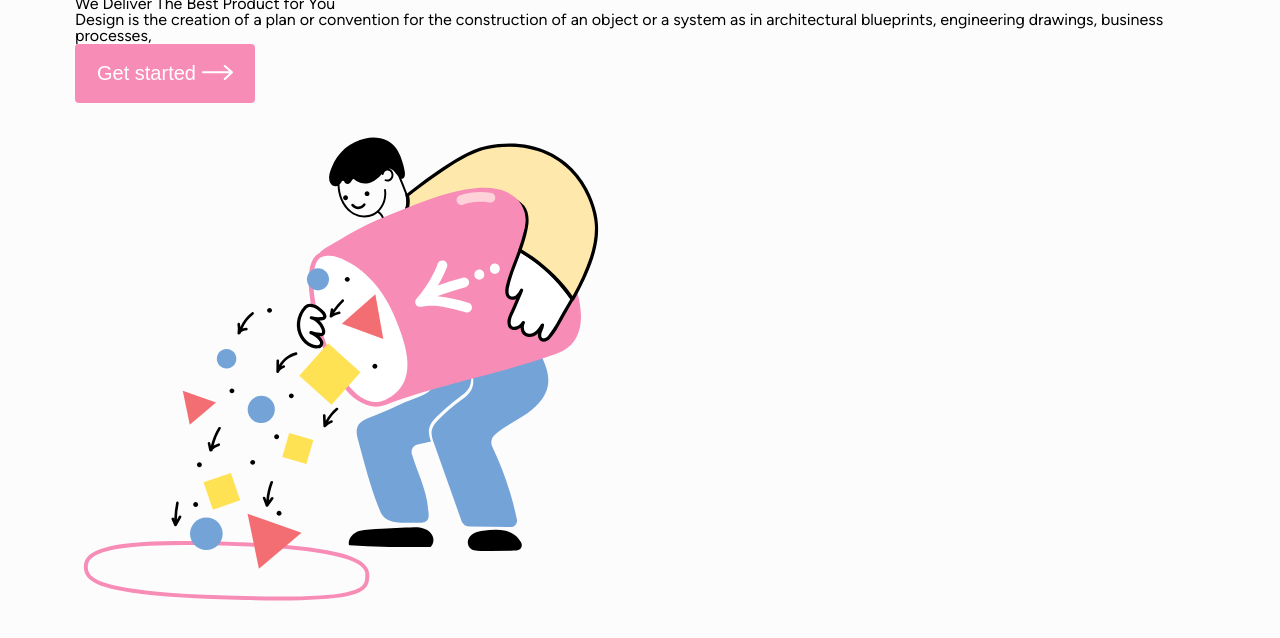
Repository: ArusyakAghajanyan/MirageFigma
Page: Figma/index.html
The author's editor kept a copy of each file at every save. The page is drawn from the files as they stood at one save, then again after the next save.
The browser window is 1280 px wide. The pictures show the part of the page from y = 1421 to 2059 px (the page is 2059 px tall before and 1524 px after).
A picture or video elsewhere on the page could not be fetched, so the positions and the page height are approximate.

Above is the page before, as saved 2022-08-21 21:53:53.

After the next save:
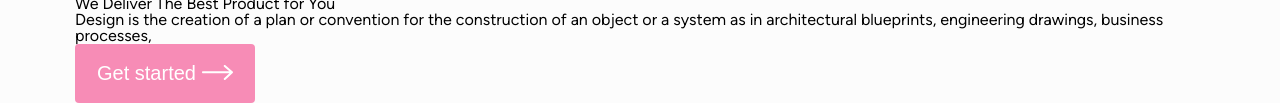
Saved 108 s later.
--- a/Figma/index.html
+++ b/Figma/index.html
@@ -160,13 +160,7 @@
                 />
               </button>
             </div>
-            <div class="design__image-wrapper">
-              <img
-                class="design__img"
-                src="./assets/images/intro-image.svg"
-                alt=""
-              />
-            </div>
+
           </div>
         </div>
       </section>
